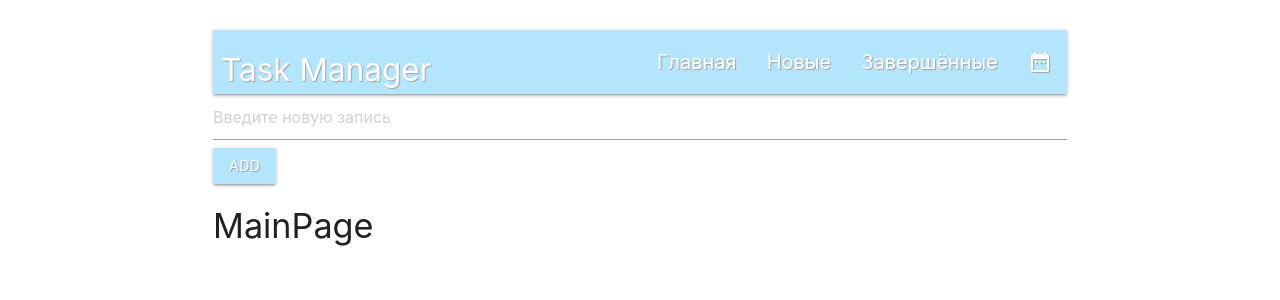
Repository: iveivs/myReactTaskManager
Page: /
These files come from the project's save history. The page is drawn as it stood at one moment and after a run of saves; the edit follows.
The browser window is 1280 px wide. The pictures show the whole page.
The project was rebuilt for these pictures with package versions that can differ from the ones it lists, and the page was loaded fresh each time. Also part of the build but not shown: vite.config.js, src/components/DoneTasks.jsx, src/components/NewTasks.jsx.

Above is the page before, as saved 2024-02-15 10:29:29.

### index.html
<!doctype html>
<html lang="en">
  <head>
    <meta charset="UTF-8" />
    <link rel="icon" type="image/svg+xml" href="/vite.svg" />
    <meta name="viewport" content="width=device-width, initial-scale=1.0" />
    <link rel="stylesheet" href="https://cdnjs.cloudflare.com/ajax/libs/materialize/1.0.0/css/materialize.min.css">
    <link href="https://fonts.googleapis.com/icon?family=Material+Icons" rel="stylesheet">
    <title>Task Manager</title>
  </head>
  <body>
    <div id="root"></div>
    <script type="module" src="/src/main.jsx"></script>
  </body>
</html>

### src/main.jsx
import React from 'react'
import ReactDOM from 'react-dom/client'
import { BrowserRouter } from 'react-router-dom';
import App from './App.jsx'
import './index.css'

ReactDOM.createRoot(document.getElementById('root')).render(
  <BrowserRouter>
    <App />
  </BrowserRouter>,
)

### src/App.jsx
import { useState, useEffect } from 'react'
import { Routes, Route } from 'react-router-dom'
import './App.css'
import DoneTasks from './components/DoneTasks'
import Header from './components/Header'
import MainPage from './components/MainPage'
import NewTasks from './components/NewTasks'
import { DataContext } from './components/DataContext'

function App() {
  const [input, setInput] = useState('')
  const [tasks, setTasks] = useState()


  // localStorage.setItem('tasks', JSON.stringify(tasks))
  const renderLocalStorageData = () => {
    const data = localStorage.getItem("tasks")
    console.log(data);
    if (data) {
        return JSON.parse(data);
    } else {
        return []
    }
}

useEffect(()=> {
  setTasks(renderLocalStorageData)
}, [])

  const handleChange = (event) => {
    setInput(event.target.value)
  }

  const handleClick = () => {
    let id = tasks.length > 0 ? tasks[tasks.length - 1].id + 1 : 1
    const newTask = {
      task: input,
      id: id
    }
    // console.log('newTask',newTask);

    setTasks([...tasks, newTask])

    localStorage.setItem('tasks', JSON.stringify(tasks))

    setInput('')
    console.log('tasks',tasks);
  }

  return (
    <>
    <DataContext.Provider value={{
      tasks,
      setTasks
    }}>
      <div className="container">
        <Header  />
        <input
          placeholder='Введите новую запись'
          className='inputMain'
          value={input}
          onChange={(e) => handleChange(e)}
          type="text" />
        <button className='btn light-blue lighten-4' onClick={handleClick}>ADD</button>
        <Routes>
          <Route index element={<MainPage />} />
          <Route path="/new" element={<NewTasks />} />
          <Route path="/done" element={<DoneTasks  />} />
        </Routes>

        {/* { input && <h4>{input}</h4> } */}
        {/* { tasks && (
          tasks.map(e => <p key={e}>task: {e}</p>)
        )} */}
      </div>
      </DataContext.Provider>
    </>
  )
}

export default App

### src/index.css

.nav-wrapper {
    padding-left: 8px;
    text-shadow: 1px 1px 1px #a3a3a3;
    /* display: flex ;
    flex-direction: row;
    justify-content: space-between;
    align-items: center; */
}
.nav-wrapper ul li {
    font-size: 24px !important;
}
.listItem{
    font-size: 18px !important;
}
.btn {
    text-shadow: 1px 1px 1px #a3a3a3;
}

/* nav {
    background-color: #b3e5fc
} */

### src/App.css
#root {
  max-width: 1280px;
  margin: 0 auto;
  padding: 2rem;

}

### src/components/Header.jsx
import { Link } from "react-router-dom";
import DateElement from "./DateElement";

export default function Header() {
    return (
        <nav className="light-blue lighten-4">
            <div className="nav-wrapper">
                <h4 className="brand-logo">
                    Task Manager
                </h4>
                {/* <* id="nav-mobile" className="right hide-on-med-and-down"> */}
                <ul className="right">
                    <li className="listItem" >
                        <Link style={{fontSize: '20px'}} to="/">Главная</Link>
                    </li>
                    <li>
                        <Link style={{fontSize: '20px'}} to="/new">Новые</Link>
                    </li>
                    <li>
                        <Link style={{fontSize: '20px'}} to="/done">Завершённые</Link>
                    </li>
                    <li>
                        <Link> {<DateElement  />}</Link>
                    </li>
                </ul>

            </div>
        </nav>
    );
}

// export default function Header() {
//     document.addEventListener('DOMContentLoaded', function() {
//         const elems = document.querySelectorAll('.sidenav');
//         var instances = M.Sidenav.init(elems, options);
//     });

//     return (
//         <>
//             <nav>
//                 <div className="nav-wrapper">
//                     <a href="#!" className="brand-logo">Logo</a>
//                     <a href="#" data-target="mobile-demo" className="sidenav-trigger"><i className="material-icons">menu</i></a>
//                     <ul className="right hide-on-med-and-down">
//                         <li>
//                             <Link to="/">Главная</Link>
//                         </li>
//                         <li>
//                             <Link to="/new">Новые</Link>
//                         </li>
//                         <li>
//                             <Link to="/done">Завершённые</Link>
//                         </li>
//                         <li>
//                             <DateElement  />
//                         </li>
//                     </ul>
//                 </div>
//             </nav>

//             <ul className="sidenav" id="mobile-demo">
//                 <li>Sass</li>
//                 <li><a href="badges.html">Components</a></li>
//                 <li><a href="collapsible.html">Javascript</a></li>
//                 <li><a href="mobile.html">Mobile</a></li>
//             </ul>
//         </>

//     );
// }

### src/components/MainPage.jsx
import { useEffect } from "react"
import { DataContext } from "./DataContext"
import { useContext } from "react"

export default function MainPage () {
    const { tasks } = useContext(DataContext)
    // console.log(tasks);
    return (
        <div>
            <h4>MainPage</h4>
            { tasks && (
                tasks.map(task => (
                    <p key={task.id }>main task test: {task.task}</p>
                ))
            )}
        </div>
    )
}

### src/components/DataContext.js
import { createContext } from "react"
const initialState = {
    tasks: [],
    loading: false,
    setTasks: () => {
    }
}

export const DataContext = createContext(initialState)

### src/components/DateElement.jsx
import { useEffect, useState } from "react"

export default function DateElement () {
    const [now, setNow] = useState(new Date())

    useEffect
    return (
        <>
            <i className="material-icons">date_range</i>
        </>
    )
}

After the next 3 saves:
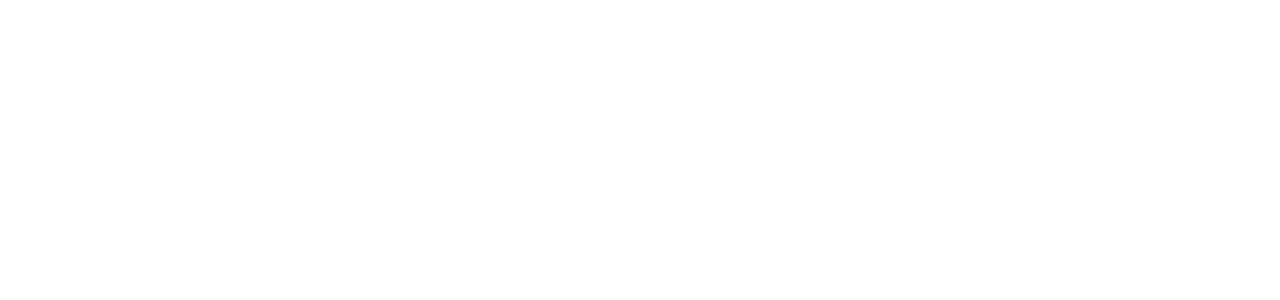
Console error (its wording comes from the project's code and is left out).
The 3 saves are shown as one change because they came seconds apart.
The last was saved 2 min 50 s later.
--- a/src/components/DateElement.jsx
+++ b/src/components/DateElement.jsx
@@ -7,6 +7,7 @@
     return (
         <>
             <i className="material-icons">date_range</i>
+            {now}
         </>
     )
 }

After the save that followed:
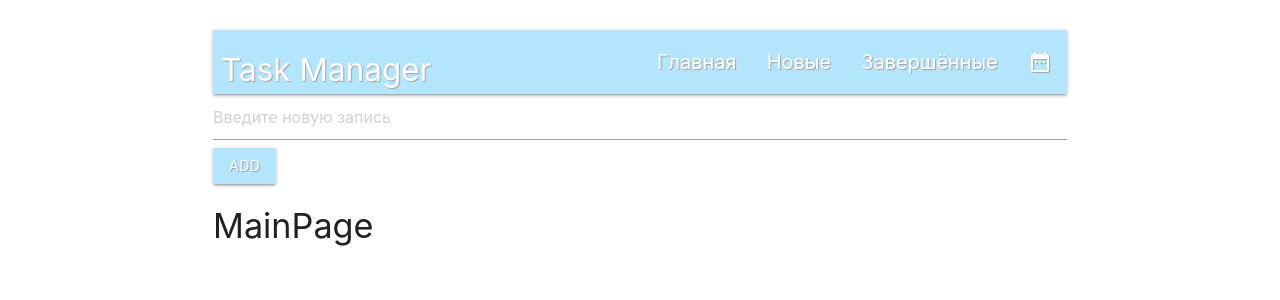
The error is gone.
Saved 28 s later.
--- a/src/components/DateElement.jsx
+++ b/src/components/DateElement.jsx
@@ -7,7 +7,7 @@
     return (
         <>
             <i className="material-icons">date_range</i>
-            {now}
+
         </>
     )
 }
